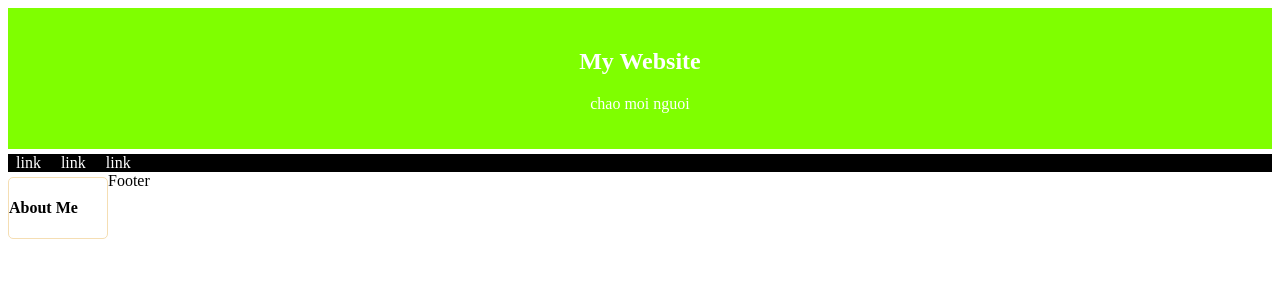
Repository: Lehuyhuynh/BTH2-CSS
Page: BTH2/index,.html
These files come from the project's save history. The page is drawn as it stood at one moment and after a run of saves; the edit follows.
The browser window is 1280 px wide. The pictures show the whole page.

Above is the page before, as saved 2023-08-11 11:04:47.

After the next 3 saves:
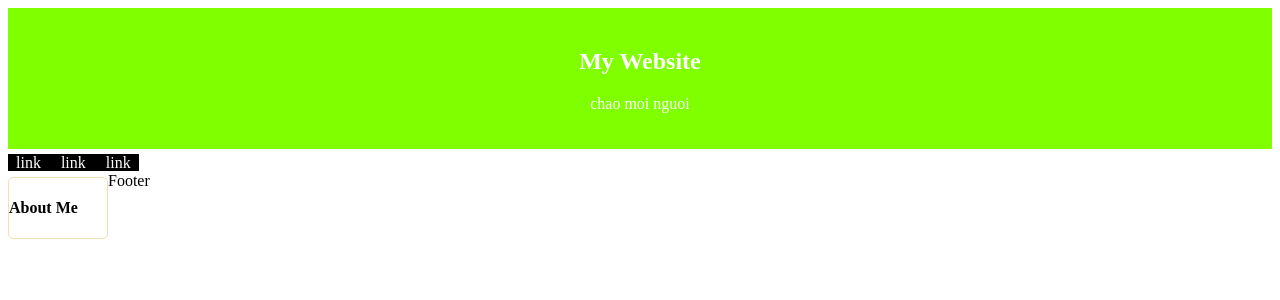
The 3 saves are shown as one change because they came seconds apart.
The last was saved 7 s later.
--- a/BTH2/style.css
+++ b/BTH2/style.css
@@ -17,7 +17,7 @@
 }
 .head-link{
   background-color: black;
-  display: block;
+  display:inline;
 }
 .head-link p{
   display: inline;

After the 2 saves that followed:
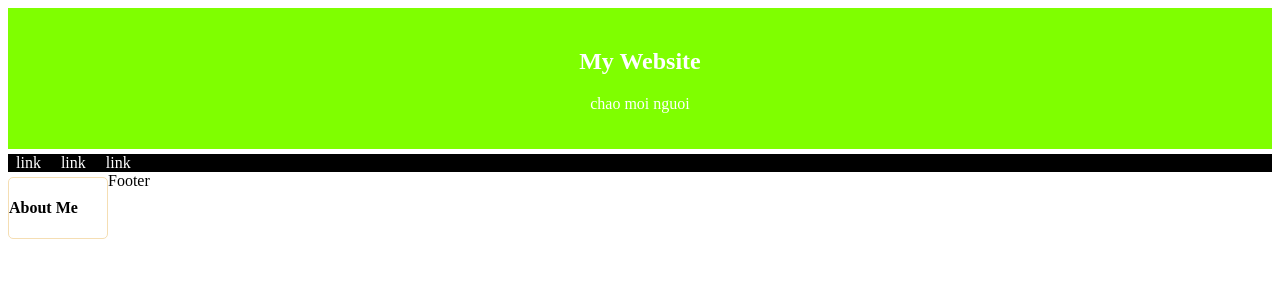
The 2 saves are shown as one change because they came seconds apart.
The last was saved 8 s later.
--- a/BTH2/style.css
+++ b/BTH2/style.css
@@ -17,7 +17,7 @@
 }
 .head-link{
   background-color: black;
-  display:inline;
+
 }
 .head-link p{
   display: inline;
